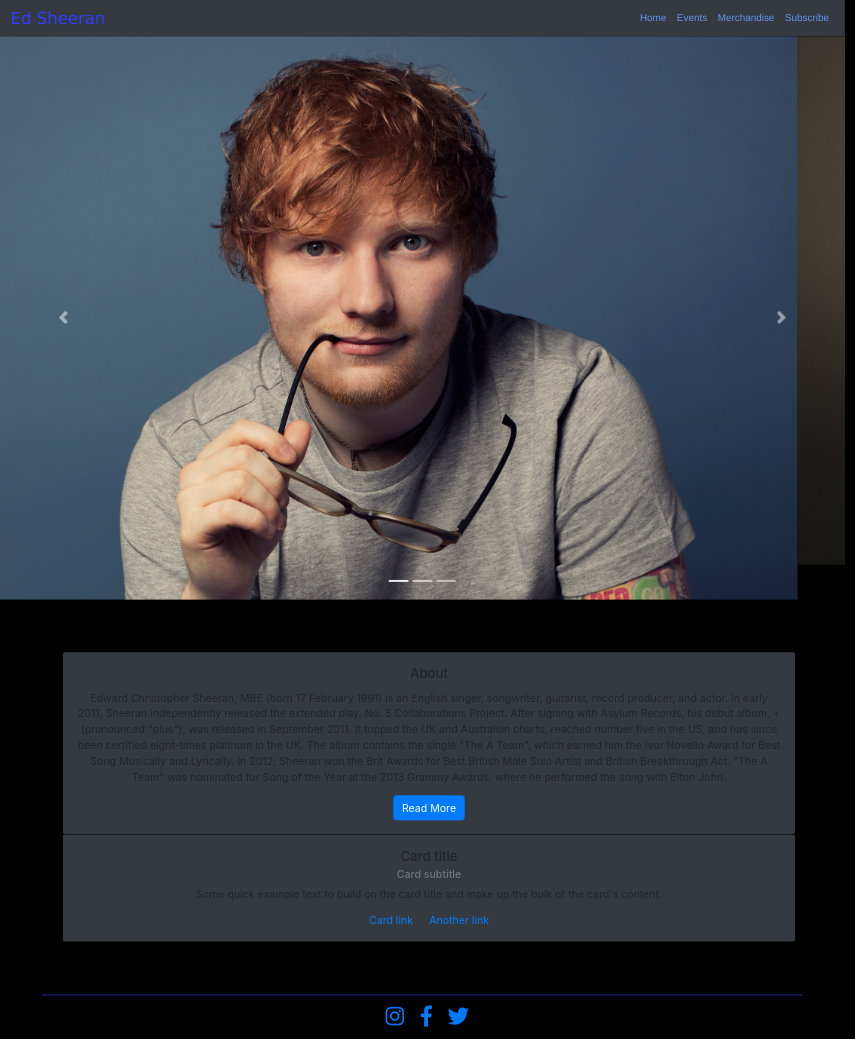
Repository: amit238/milestone-project-1
Page: index.html
The author's editor kept a record of every edit. The page is drawn from the files as they stood at one moment, then again after the next edit.
The browser window is 1280 px wide. The page is 1295 px wide, so the pictures cover 1295 px, including what lies to the right of the window. The pictures show the whole page, at 66% of full size.
Some web libraries are served in a nearby version.

Above is the page before.

### index.html
<!DOCTYPE html>
<html lang="en">

<head>
  <meta charset="UTF-8">
  <meta name="viewport" content="width=device-width, initial-scale=1.0">
  <meta http-equiv="X-UA-Compatible" content="ie=edge">
  <link rel="stylesheet" href="https://maxcdn.bootstrapcdn.com/bootstrap/4.2.1/css/bootstrap.min.css" type="text/css" />
  <link rel="stylesheet" href="https://use.fontawesome.com/releases/v5.0.10/css/all.css" integrity="sha384-+d0P83n9kaQMCwj8F4RJB66tzIwOKmrdb46+porD/OvrJ+37WqIM7UoBtwHO6Nlg" crossorigin="anonymous">
  <link rel="stylesheet" href="assets/css/style.css">
  <title>Ed Sheeran - User Centric Frontend Project</title>
</head>

<body>
  <nav class="navbar navbar-expand-lg navbar-dark bg-dark">
    <a class="edsheeran-brand">Ed Sheeran</a>
    <button type="button" class="navbar-toggler" data-toggle="collapse" data-target="#main-menu" aria-expanded="true">
                <span class="navbar-toggler-icon"></span>
            </button>
    <div id="main-menu" class="navbar-collapse collapse">
      <ul class="navbar-nav ml-auto">
        <li class="nav-item active"><a class="nav-link" href="index.html">Home</a></li>
        <li class="nav-item"><a class="nav-link" href="events.html">Events</a></li>
        <li class="nav-item"><a class="nav-link" href="merchandise.html">Merchandise</a></li>
        <li class="nav-item"><a class="nav-link" href="subscribe.html">Subscribe</a></li>
      </ul>
    </div>
  </nav>
  <div id="carouselExampleCaptions" class="carousel slide" data-ride="carousel">
    <ol class="carousel-indicators">
      <li data-target="#carouselExampleCaptions" data-slide-to="0" class="active"></li>
      <li data-target="#carouselExampleCaptions" data-slide-to="1"></li>
      <li data-target="#carouselExampleCaptions" data-slide-to="2"></li>
    </ol>
    <div class="carousel-inner">
      <div class="carousel-item active">
        <img class="d-block w-100" src="assets/images/wallpaper.jpg" alt="First Slide">
      </div>
      <div class="carousel-item">
        <img class="d-block w-100" src="assets/images/ed-sheeran-sitting-down.jpg" alt="Second Slide">
      </div>
      <div class="carousel-item">
        <img class="d-block w-100" src="assets/images/edsheeranwall.jpg" alt="Third Slide">
      </div>
    </div>
    <a class="carousel-control-prev" href="#carouselExampleCaptions" role="button" data-slide="prev">
    <span class="carousel-control-prev-icon" aria-hidden="true"></span>
    <span class="sr-only">Previous</span>
  </a>
    <a class="carousel-control-next" href="#carouselExampleCaptions" role="button" data-slide="next">
    <span class="carousel-control-next-icon" aria-hidden="true"></span>
    <span class="sr-only">Next</span>
  </a>
  </div>
  <div class="background">
    <div class="container">
      <div class="row">
        <div class="col-12">
          <div class="card">
            <div class="card-body">
              <h5 class="card-title">About</h5>
              <p class="card-text">Edward Christopher Sheeran, MBE (born 17 February 1991) is an English singer, songwriter, guitarist, record producer, and actor. In early 2011, Sheeran independently released the extended play, No. 5 Collaborations Project. After signing
                with Asylum Records, his debut album, + (pronounced "plus"), was released in September 2011. It topped the UK and Australian charts, reached number five in the US, and has since been certified eight-times platinum in the UK. The album
                contains the single "The A Team", which earned him the Ivor Novello Award for Best Song Musically and Lyrically. In 2012, Sheeran won the Brit Awards for Best British Male Solo Artist and British Breakthrough Act. "The A Team" was nominated
                for Song of the Year at the 2013 Grammy Awards, where he performed the song with Elton John.</p>
              <a href="https://en.wikipedia.org/wiki/Ed_Sheeran" class="btn btn-primary">Read More</a>
            </div>
          </div>
        </div>
      </div>
      <div class="row">
        <div class="col-12">
          <div class="card">
            <div class="card-body">
              <h5 class="card-title">Card title</h5>
              <h6 class="card-subtitle mb-2 text-muted">Card subtitle</h6>
              <p class="card-text">Some quick example text to build on the card title and make up the bulk of the card's content.</p>
              <a href="#" class="card-link">Card link</a>
              <a href="#" class="card-link">Another link</a>
            </div>
          </div>
        </div>
      </div>
    </div>
    <footer>
      <hr>
      <div class="row">
        <div class="col-12">
          <ul class="list-inline social-links">
            <li class="list-inline-item"><a target="_blank" href="https://www.facebook.com"><i></i></a>
            </li>
            <li class="list-inline-item"><a href="https://www.instagram.com/teddysphotos/?hl=en"><i class="fab fa-instagram fa-2x fa-fw"></i></a>
              <li class="list-inline-item"><a href="https://en-gb.facebook.com/EdSheeranMusic"><i class="fab fa-facebook-f fa-2x fa-fw"></i></a>
                <li class="list-inline-item"><a href="https://twitter.com/edsheeran?lang=en"><i class="fab fa-twitter fa-2x fa-fw"></i></a>
                </li>
          </ul>
        </div>
      </div>
    </footer>
  </div>
  <script src="https://code.jquery.com/jquery-3.3.1.slim.min.js" integrity="sha384-q8i/X+965DzO0rT7abK41JStQIAqVgRVzpbzo5smXKp4YfRvH+8abtTE1Pi6jizo" crossorigin="anonymous"></script>
  <script src="https://cdnjs.cloudflare.com/ajax/libs/popper.js/1.14.6/umd/popper.min.js" integrity="sha384-wHAiFfRlMFy6i5SRaxvfOCifBUQy1xHdJ/yoi7FRNXMRBu5WHdZYu1hA6ZOblgut" crossorigin="anonymous"></script>
  <script src="https://stackpath.bootstrapcdn.com/bootstrap/4.2.1/js/bootstrap.min.js" integrity="sha384-B0UglyR+jN6CkvvICOB2joaf5I4l3gm9GU6Hc1og6Ls7i6U/mkkaduKaBhlAXv9k" crossorigin="anonymous"></script>
</body>

</html>

### assets/css/style.css
body {
    background-color: #000000;
}

/*--------------------NAVBAR--------------------*/

.navbar.navbar-expand-lg.navbar-dark.bg-dark .edsheeran-brand {
    color: #2E3EFF;
    font-family: Verdana, sans-serif;
    font-size: 25px;
    font-weight: 500;

}

.navbar.navbar-expand-lg.navbar-dark.bg-dark .nav-link {
    color: #6594F1;
    font-family: Helvetica, sans-serif;
    font-size: 15px;
    font-weight: 300;
}

/*----------INDEX-----------*/

/*--------------------CAROUSEL--------------------*/

.size {
    width: 100%;
}

/*-------------------BACKGROUND--------------------*/

.background {
    background-image: url("../../edsheeranblack.png");
    background-repeat: no-repeat;
    background-position: top right;
    height: 25em;
}

/*--------------------CONTAINER--------------------*/

.container {
    /*position: relative;*/
    /*top: 2em;*/
    margin: 5em;
}

/*--------------------ABOUT--------------------*/

.card {
    position: relative;
    right: 5em;
    background-color: #343a40;
    text-align: center;
    /*margin: 5px;*/

}



/*--------------------AUDIO--------------------*/

.audio-card {
    width: 15em;
}

/*--------------------ALBUM--------------------*/

/*--------------------FOOTER--------------------*/

.list-inline {
    text-align: center;
}

footer hr {
    background: #2E3EFF;
    width: 90%;
}

/*--------------------MEDIA QUERIES_INDEX--------------------*/

@media screen and (min-width: 1380px) {

    .card {
        width: 65%;
    }

    .audio-card {
        width: 15em;
    }

}

@media only screen and (max-width: 1380px) {
    .background {
        background-image: none;
    }

    .card {
        position: relative;
        left: 0em;
    }



    /*--------------------EVENTS--------------------*/
    .events {
        font-family: Verdana, sans-serif;
        text-align: center;
        color: #2E3EFF;
        font-size: 400%;
        font-weight: 800;
    }

    /*--------------------MERCHANDISE--------------------*/
    .Merchandise {
        font-family: Verdana, sans-serif;
        text-align: center;
        color: #2E3EFF;
        font-size: 400%;
        font-weight: 800;
    }

    .NewMerch {
        text-align: center;
        color: #6594F1;
        font-weight: 600;
        font-family: Helvetica, sans-serif;
        padding: 1em;
    }

    .best-sell {
        font-family: Helvetica, sans-serif;
        text-align: center;
        color: #6594F1;
        font-size: 400%;
        font-weight: 600;
        padding: 1em;
    }


    /*--------------------MEDIA QUERIES_MERCH--------------------*/
    /*--------------------SUBSCRIBE--------------------*/
    .Subscribe {
        font-family: Verdana, sans-serif;
        text-align: center;
        color: #2E3EFF;
        font-size: 400%;
        font-weight: 800;
    }

After the next edit:
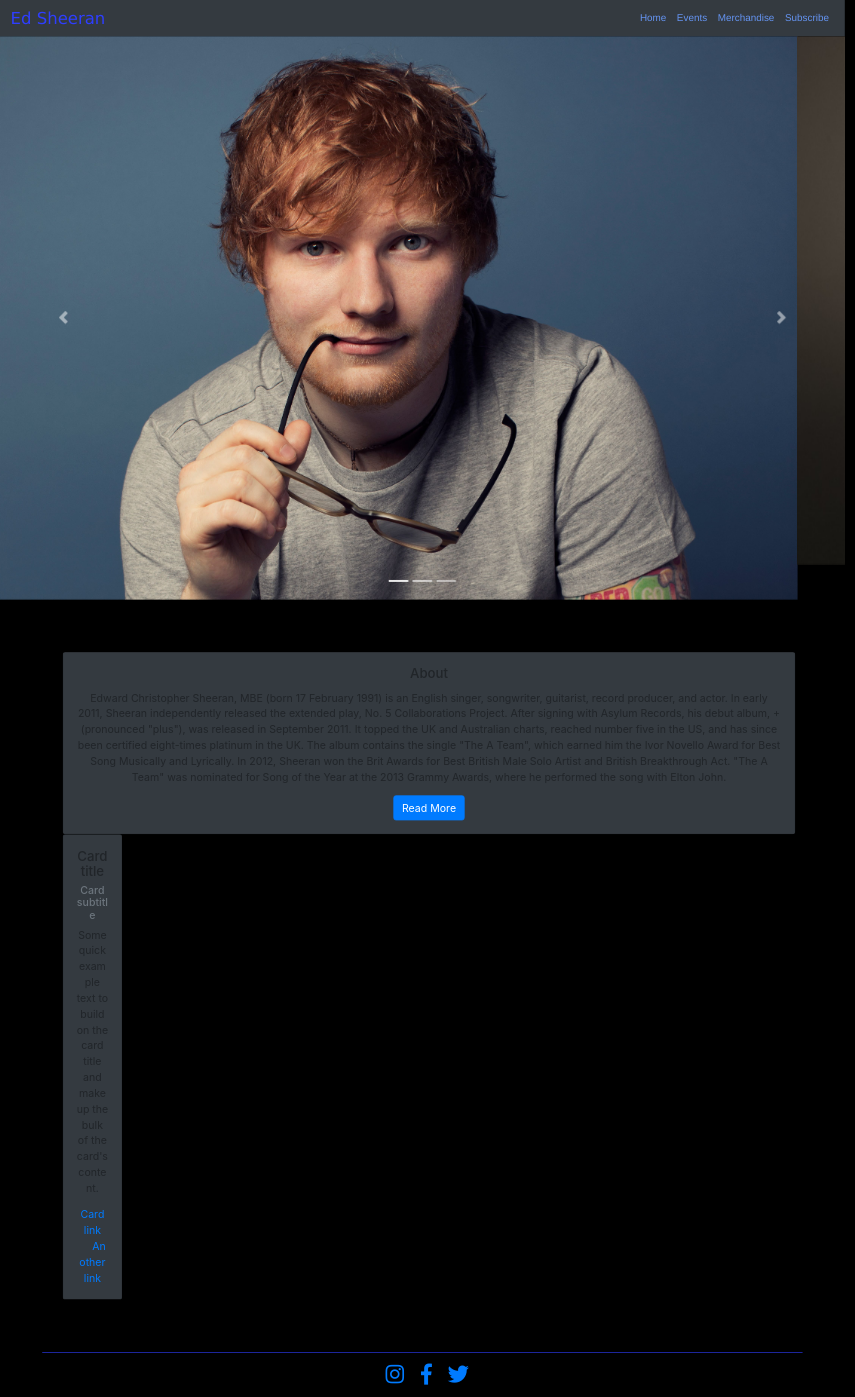
The edit:
--- a/index.html
+++ b/index.html
@@ -68,8 +68,8 @@
           </div>
         </div>
       </div>
-      <div class="row">
-        <div class="col-12">
+      <div class="row audio-card">
+        <div class="col-12 col-md-6">
           <div class="card">
             <div class="card-body">
               <h5 class="card-title">Card title</h5>
